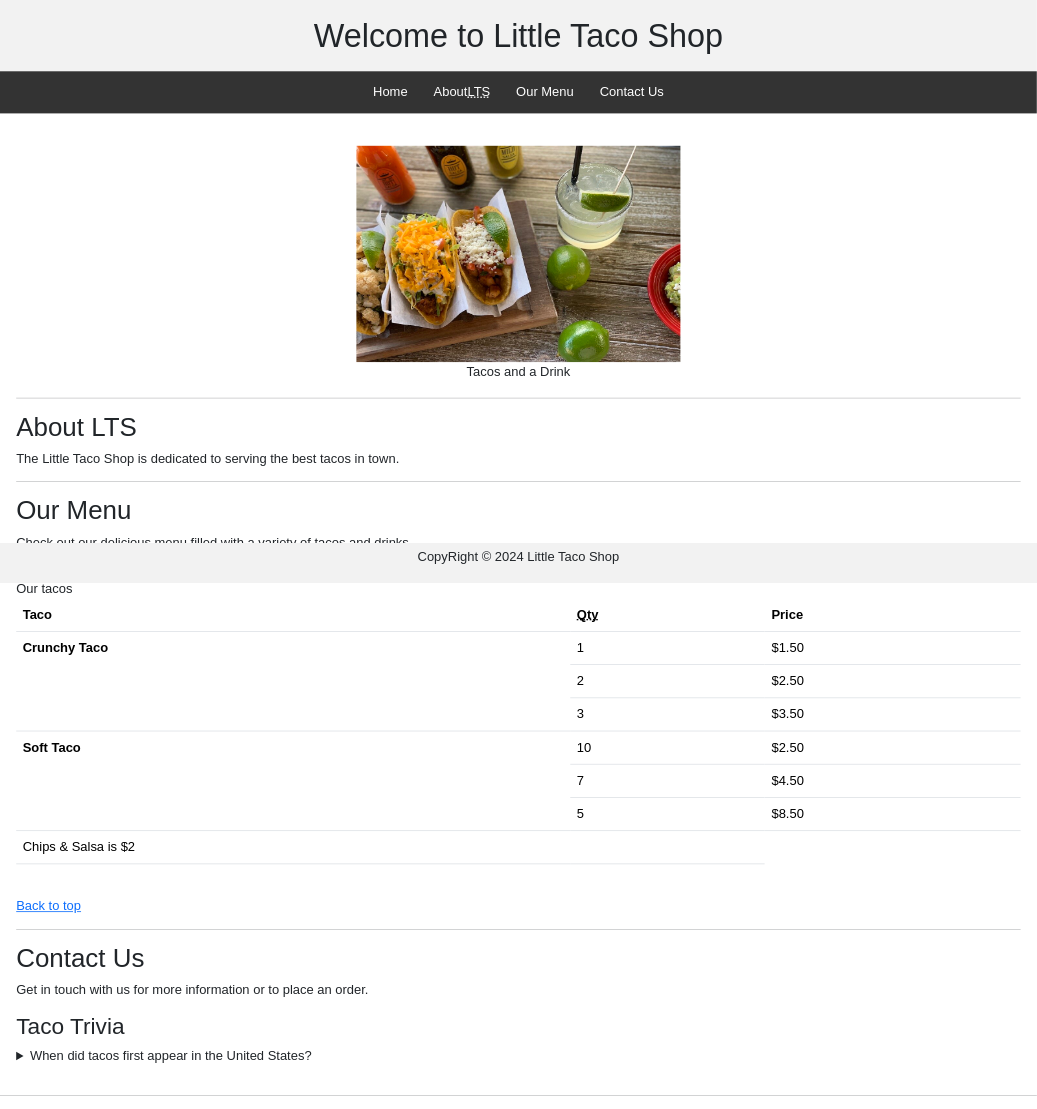
Repository: cavidk/taco_shop-web
Page: html basics/index.html
These files come from the project's save history. The page is drawn as it stood at one moment and after the next save; the edit follows.
The browser window is 1280 px wide. The pictures show the whole page, at 81% of full size.

Above is the page before, as saved 2024-06-11 11:14:53.

After the next save:
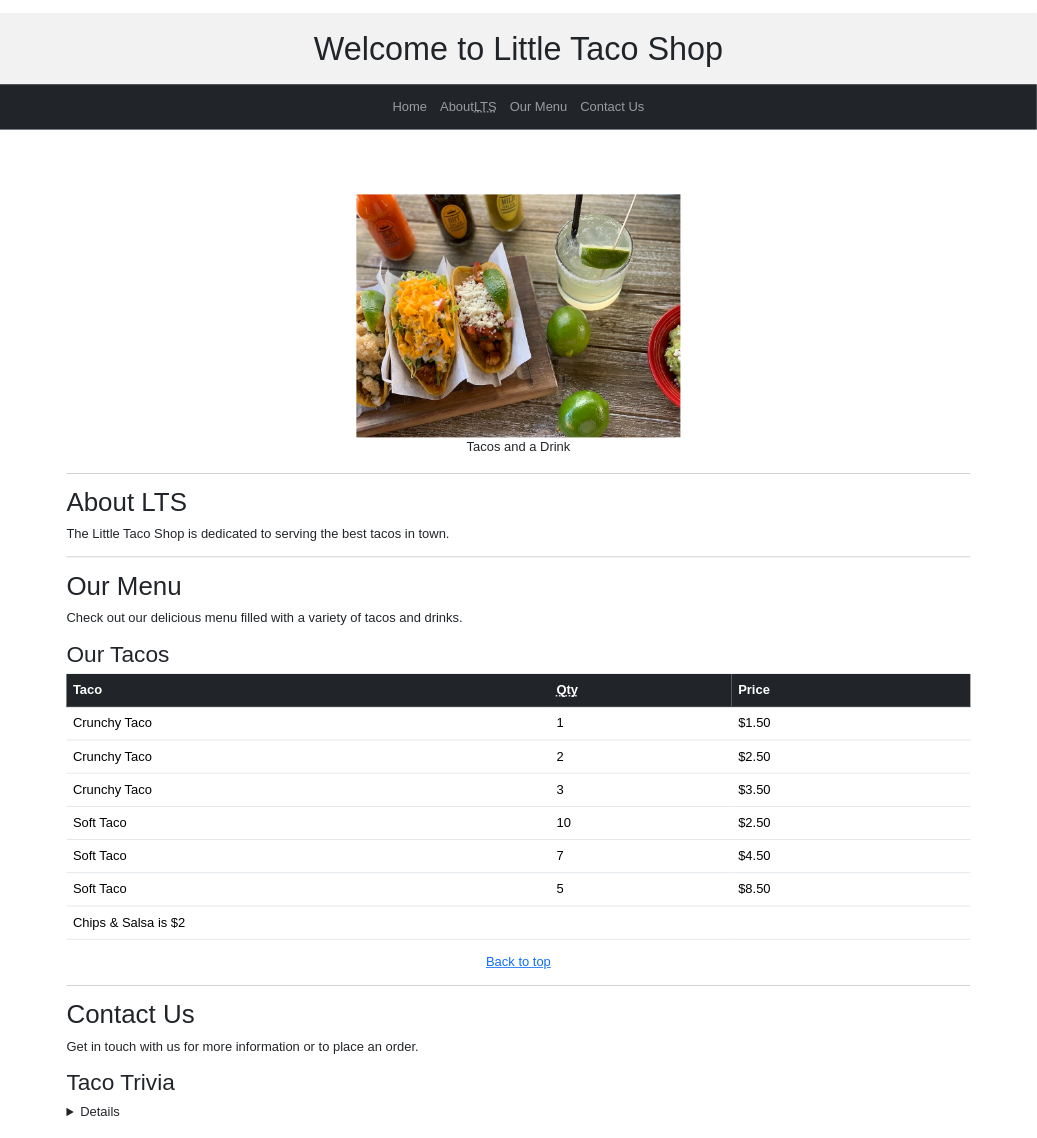
Saved 7 min 38 s later.
--- a/html basics/index.html
+++ b/html basics/index.html
@@ -10,101 +10,97 @@
    <link href="https://cdn.jsdelivr.net/npm/bootstrap@5.3.3/dist/css/bootstrap.min.css" rel="stylesheet"
       integrity="sha384-QWTKZyjpPEjISv5WaRU9OFeRpok6YctnYmDr5pNlyT2bRjXh0JMhjY6hW+ALEwIH" crossorigin="anonymous" />
    <link rel="stylesheet" href="css/style.css" />
-   <link rel="stylesheet" href="css/style.css" />
 </head>
 
 <body>
-   <header>
+   <header class="text-center py-3">
       <h1>Welcome to Little Taco Shop</h1>
-      <nav>
-         <ul>
-            <li>
-               <a href="#home">Home</a>
-            </li>
-            <li>
-               <a href="#about">About<abbr title="The Little Taco Shop">LTS</abbr></a>
-            </li>
-            <li>
-               <a href="#menu">Our Menu</a>
-            </li>
-            <li>
-               <a href="contact.html">Contact Us</a>
-            </li>
-         </ul>
+      <nav class="navbar navbar-expand-lg navbar-dark bg-dark">
+         <div class="container-fluid justify-content-center">
+            <ul class="navbar-nav">
+               <li class="nav-item">
+                  <a class="nav-link" href="#home">Home</a>
+               </li>
+               <li class="nav-item">
+                  <a class="nav-link" href="#about">About<abbr title="The Little Taco Shop">LTS</abbr></a>
+               </li>
+               <li class="nav-item">
+                  <a class="nav-link" href="#menu">Our Menu</a>
+               </li>
+               <li class="nav-item">
+                  <a class="nav-link" href="contact.html">Contact Us</a>
+               </li>
+            </ul>
+         </div>
       </nav>
    </header>
-   <main>
-      <section id="home">
+   <main class="container mt-4">
+      <section id="home" class="text-center">
          <figure>
-            <img width="400" height="267" src="images/image-24.jpeg" alt="This is a Drink with taco"
-               title="We love tacos" />
+            <img width="400" height="267" src="images/image-24.jpeg" alt="This is a Drink with taco" title="We love tacos" class="img-fluid" />
             <figcaption>Tacos and a Drink</figcaption>
          </figure>
       </section>
       <hr />
       <section id="about">
          <h2>About LTS</h2>
-         <p>
-            The Little Taco Shop is dedicated to serving the best tacos in town.
-         </p>
+         <p>The Little Taco Shop is dedicated to serving the best tacos in town.</p>
       </section>
       <hr />
       <section id="menu">
          <h2>Our Menu</h2>
-         <p>
-            Check out our delicious menu filled with a variety of tacos and
-            drinks.
-         </p>
-
-         <hr />
-         <article id="menu">
+         <p>Check out our delicious menu filled with a variety of tacos and drinks.</p>
+         <article>
             <caption>
-               Our tacos
+               <h3>Our Tacos</h3>
             </caption>
             <table class="table table-hover" id="table-taco">
-               <thead>
+               <thead class="table-dark">
                   <tr>
-                     <th>Taco</th>
+                     <th scope="col">Taco</th>
                      <th scope="col"><abbr title="Quantity">Qty</abbr></th>
                      <th scope="col">Price</th>
                   </tr>
                </thead>
                <tbody>
                   <tr>
-                     <th scope="row" rowspan="3">Crunchy Taco</th>
+                     <td>Crunchy Taco</td>
                      <td>1</td>
                      <td>$1.50</td>
                   </tr>
                   <tr>
+                     <td>Crunchy Taco</td>
                      <td>2</td>
                      <td>$2.50</td>
                   </tr>
                   <tr>
+                     <td>Crunchy Taco</td>
                      <td>3</td>
                      <td>$3.50</td>
                   </tr>
                   <tr>
-                     <th scope="row" rowspan="3">Soft Taco</th>
+                     <td>Soft Taco</td>
                      <td>10</td>
                      <td>$2.50</td>
                   </tr>
                   <tr>
+                     <td>Soft Taco</td>
                      <td>7</td>
                      <td>$4.50</td>
                   </tr>
                   <tr>
+                     <td>Soft Taco</td>
                      <td>5</td>
                      <td>$8.50</td>
                   </tr>
                </tbody>
                <tfoot>
                   <tr>
-                     <td colspan="2">Chips &amp; Salsa is $2</td>
+                     <td colspan="3">Chips &amp; Salsa is $2</td>
                   </tr>
                </tfoot>
             </table>
-            <br>
-            <p>
+            <p class="text-center">
                <a href="#">Back to top</a>
             </p>
          </article>
@@ -117,20 +113,3 @@
       <aside>
          <h3>Taco Trivia</h3>
          <details>
-            <summary>When did tacos first appear in the United States?</summary>
-            <p>
-               Tacos first appeared in the United States in the 19th century. The
-               first known mention of a taco in the United States is from 1905, in
-               a newspaper. Tacos were introduced to the United States by Mexican
-               <time datetime="1905">1905</time>
-            </p>
-         </details>
-      </aside>
-   </main>
-   <hr />
-   <footer>
-      <p>CopyRight &copy; 2024 Little Taco Shop</p>
-   </footer>
-</body>
-
-</html>
